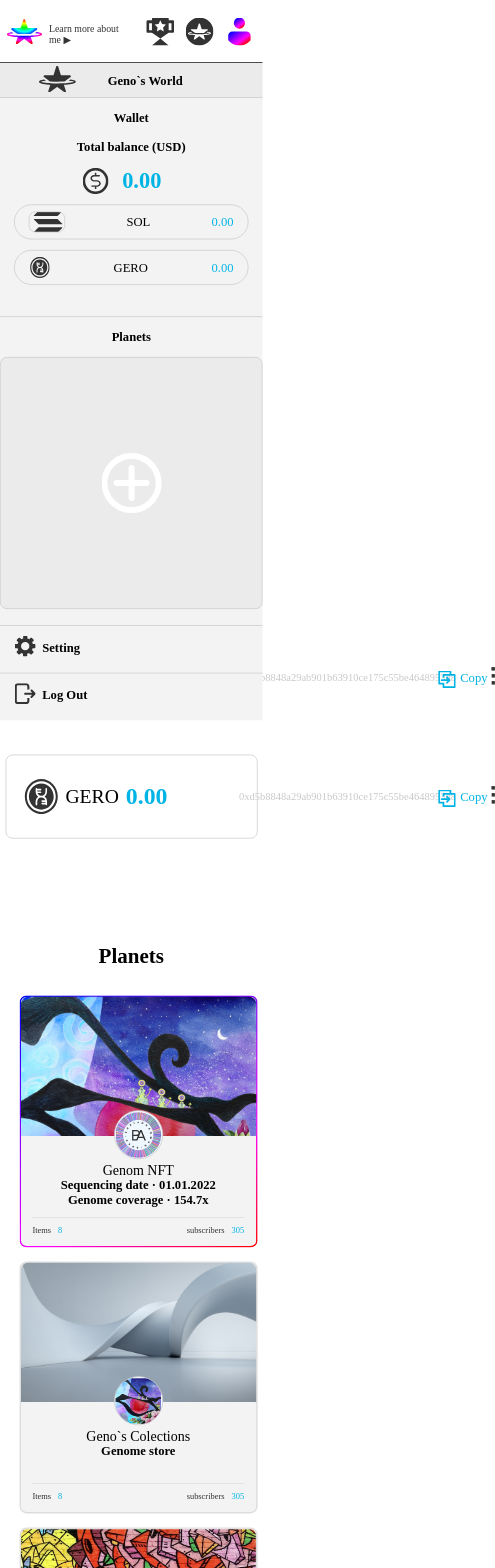
Repository: superHotBob/bioart
Page: /geno, after clicking the first element matching `div.button__image > button`
An editor plug-in stored every save of this project. The page is shown before and after the next save, followed by the edit.
The browser window is 375 px wide. The page is 707 px wide, so the pictures cover 707 px, including what lies to the right of the window. The pictures show the part of the page from y = 0 to 2240 px (the page is 5153 px tall), at 70% of full size.
Some web fonts or font styles are not loaded; a fallback is used. The project was rebuilt for these pictures with package versions that can differ from the ones it lists, and the page was loaded fresh each time. Some packages were replaced by stand-ins written for this rebuild. The framework's server and built-in components were replaced by stand-ins that run in the browser. Also part of the build but not shown: next.config.js.

Above is the page before, as saved 2022-04-06 14:46:52.

After the next save:
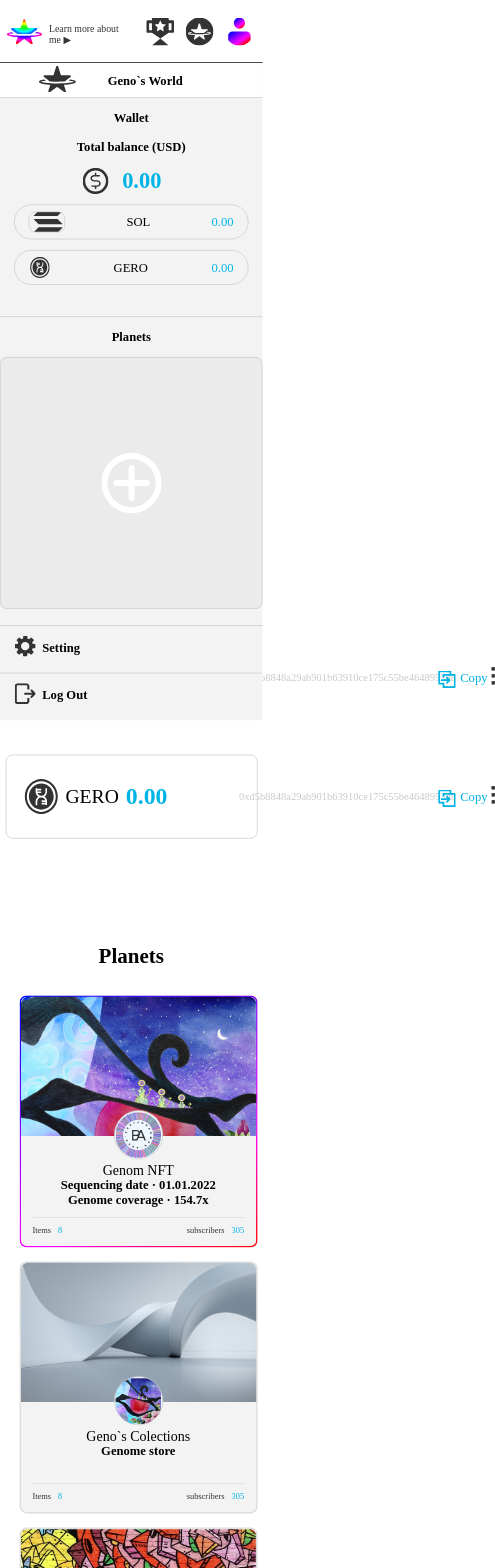
Saved 10 min 18 s later.
--- a/components/wallet.js
+++ b/components/wallet.js
@@ -186,6 +186,9 @@ export default function Wallet(props) {
             .setting, .logOut {
               padding-left: 60px;
             }
+            .header {
+              background: #fff url("/icon_cate_11.svg") 17% 32% / 15% no-repeat;
+            }
           }
         `}
       </style>
